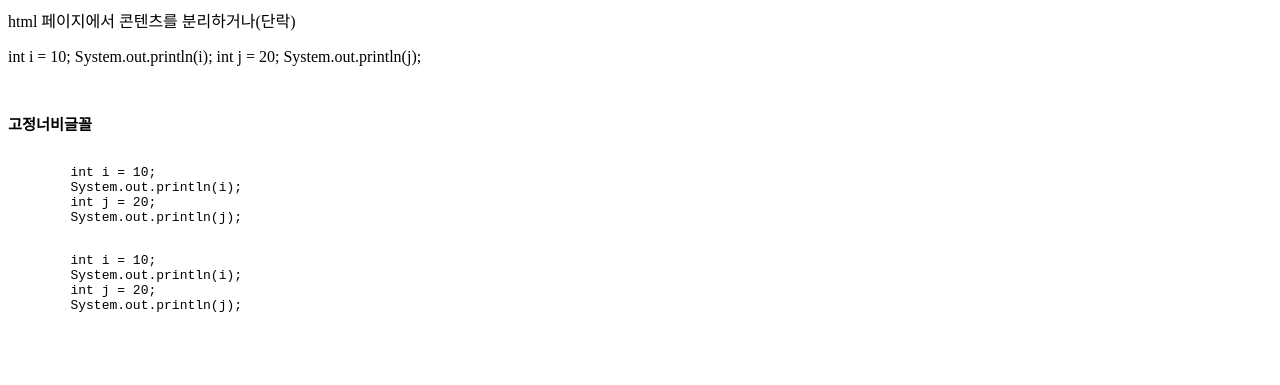
Repository: donggri1/WORKSPACE
Page: WebClass/webPro/src/main/webapp/html/days02/ex04.html
The author's editor kept a copy of each file at every save. The page is drawn from the files as they stood at one save, then again after the next save.
The browser window is 1280 px wide. The pictures show the whole page.

Above is the page before, as saved 2024-03-25 02:08:02.

After the next save:
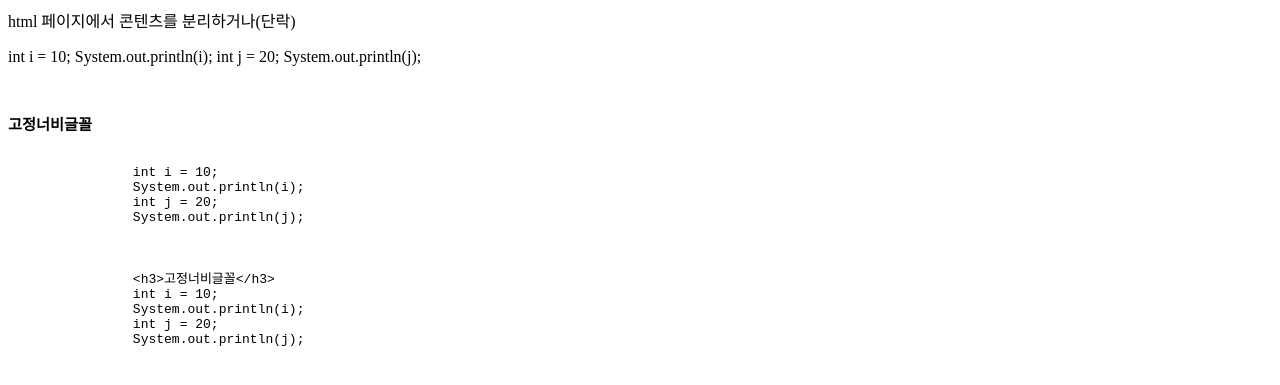
Saved 55 s later.
--- a/WebClass/webPro/src/main/webapp/html/days02/ex04.html
+++ b/WebClass/webPro/src/main/webapp/html/days02/ex04.html
@@ -19,19 +19,20 @@
 	 -->
 	<pre>
 		<h3>고정너비글꼴</h3>
-	int i = 10;
-	System.out.println(i);
-	int j = 20;
-	System.out.println(j);
+		int i = 10;
+		System.out.println(i);
+		int j = 20;
+		System.out.println(j);
 	</pre>
 
 
-	<pre>
-	int i = 10;
-	System.out.println(i);
-	int j = 20;
-	System.out.println(j);
-	</pre>
+	<xmp>
+		<h3>고정너비글꼴</h3>
+		int i = 10;
+		System.out.println(i);
+		int j = 20;
+		System.out.println(j);
+	</xmp>
 
 </body>
 </html>
